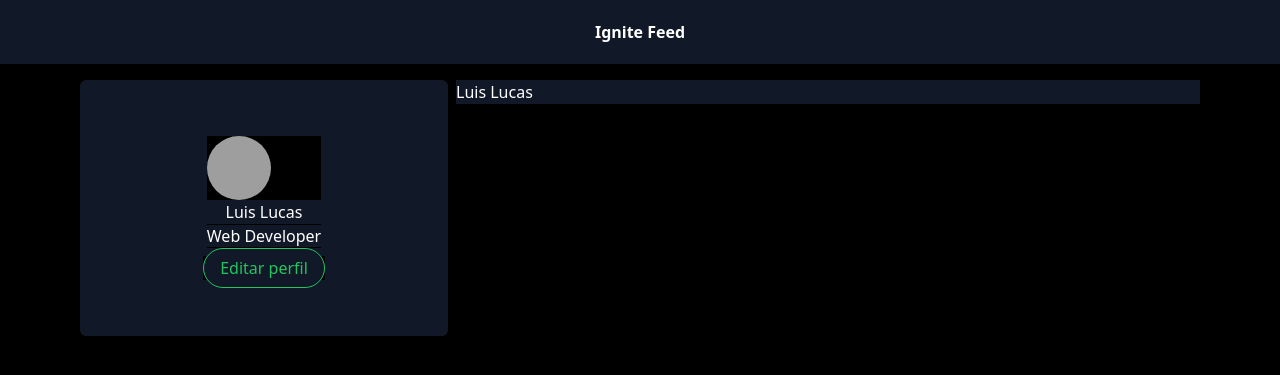
Repository: LuisSempre/ignite-feed
Page: /
These files come from the project's save history. The page is drawn as it stood at one moment and after the next save; the edit follows.
The browser window is 1280 px wide. The pictures show the whole page.
Pictures or frames that could not be fetched are drawn as grey boxes. The project was rebuilt for these pictures with package versions that can differ from the ones it lists, and the page was loaded fresh each time. Also part of the build but not shown: vite.config.js.

Above is the page before, as saved 2022-07-13 21:43:39.

After the next save:
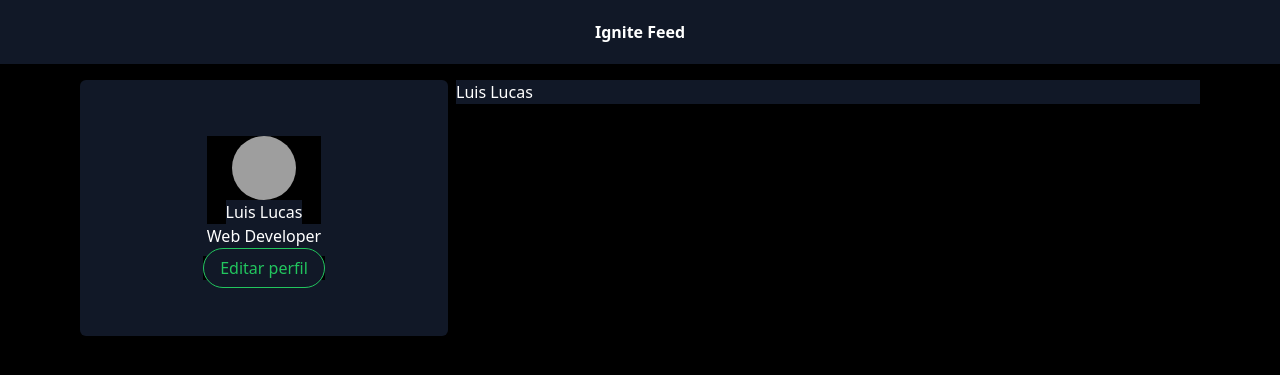
Saved 2 min 46 s later.
--- a/src/Components/Sidebar.jsx
+++ b/src/Components/Sidebar.jsx
@@ -1,7 +1,7 @@
 export function Sidebar() {
   return (
     <div className="rounded-md bg-gray-900 justify-center items-center flex flex-col text-center  h-64 space-y-2">
-      <div>
+      <div className="flex flex-col justify-center items-center">
         <img
           className="w-16 h-16 rounded-full overflow-hidden object-cover"
           src="https://avatars.githubusercontent.com/u/32404639?v=4"
